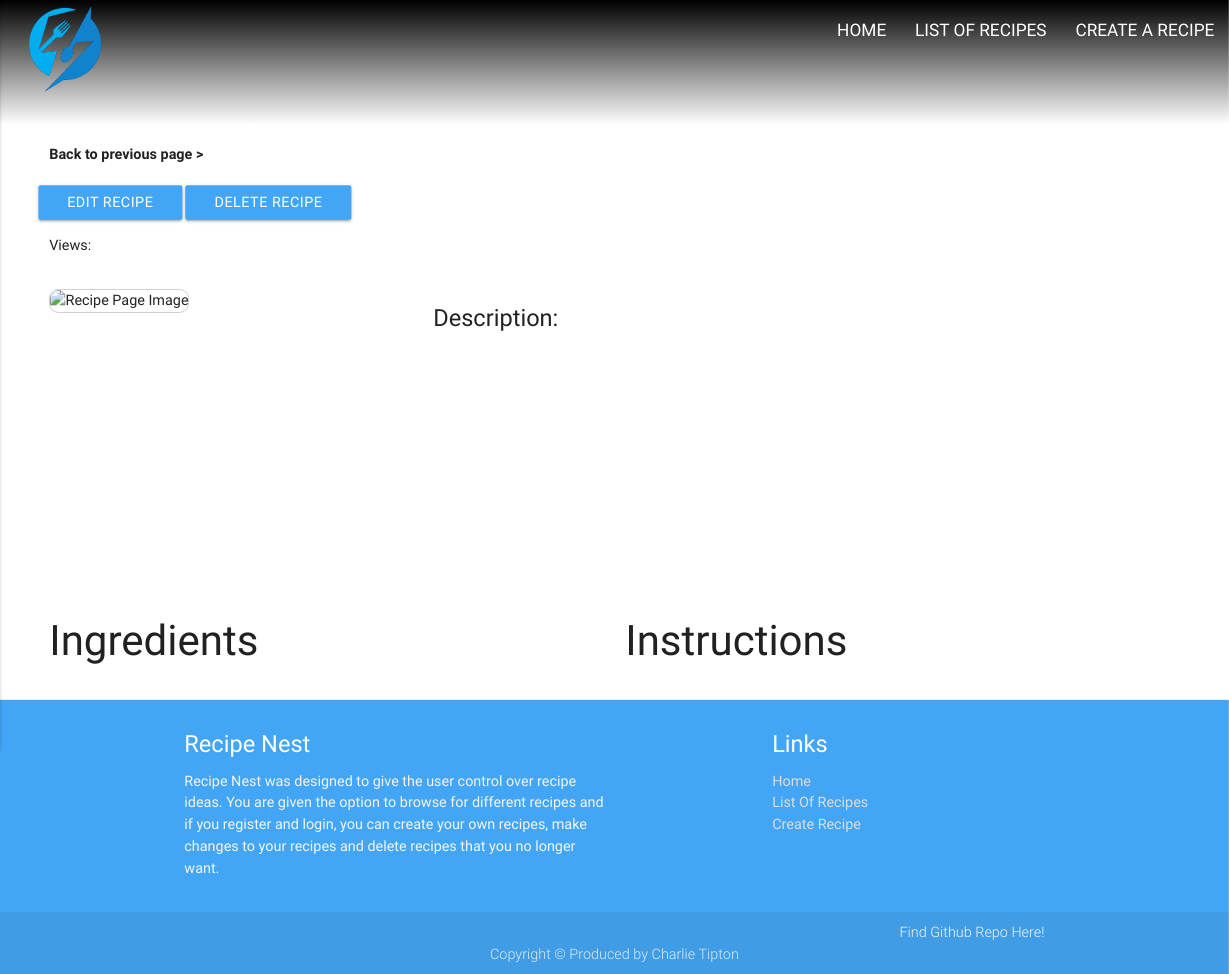
Repository: CharlieJT/Recipes
Page: templates/recipe.html
The author's editor kept a record of every edit. The page is drawn from the files as they stood at one moment, then again after the next edit.
The browser window is 1280 px wide. The pictures show the whole page, at 96% of full size.
Some web libraries are served in a nearby version. The page is served by the project's application, run on Flask 3 (app.py). The template is opened directly, without the code that normally fills it, so the values that code supplies are empty.

Above is the page before.

### templates/recipe.html
{% extends 'base.html' %} {% block content %}

<div class="container-fluid recipe-container-heading">
    <div class="row">
        <div class="col recipe-container-column">
            <div class="main-recipe-section" />
        </div>
    </div>
</div>

<!-- Recipes Section -->

<section>
    <div class="container-fluid recipe-page-container">
        <!-- Breadcrumb -->
        <div class="row bread-crumb">
            <div class="col back-button">
                <span class="go-back-one-page">
                    Back to previous page >
                </span>
                <span>
                    {{ recipe.recipe_name }}
                </span>
            </div>
        </div>
        <!-- Edit and Delete buttons -->
        <div class="col">
            <button class="btn waves-effect waves-light blue lighten-1 create-recipe-submit-button" type="submit" name="action">Edit Recipe</button>
            <button class="btn waves-effect waves-light blue lighten-1 create-recipe-submit-button" type="submit" name="action">Delete Recipe</button>
        </div>
        <!-- Views of Recipe -->
        <div class="row">
            <div class="col">
                <p>Views: {{ recipe.views }}</p>
            </div>
        </div>
        <!-- Recipe Description -->
        <div class="row recipe-description-row">
            <div class="col s12 l4">
                <img class="recipe-page-image" src="{{recipe.recipe_image_url}}" alt="Recipe Page Image" />
            </div>
            <div class="col s12 l8 recipe-description-column">
                <h4>{{ recipe.recipe_name.upper() }}</h4>
                <div class="recipe-description">
                    <h5>Description:</h5>
                    <p>{{ recipe.recipe_description }}</p>
                </div>
            </div>
        </div>
        <!-- Recipe Ingredients -->
        <div class="row">
            <div class="col s12 l6">
                <h3>Ingredients</h3>
                <ul class="recipe-ingredients">
                    {% for recipe_ingredient in recipe.recipe_ingredients.split('.') %}
                        {% if recipe_ingredient != "" %}
                            <li>{{ recipe_ingredient }}.</li>
                        {% endif %}
                    {% endfor %}
                </ul>
            </div>
            <div class="col s12 l6">
                <h3>Instructions</h3>
                <ul class="recipe-insturctions">
                    {% for recipe_instruction in recipe.recipe_instructions.split('.') %}
                        {% if recipe_instruction != "" %}
                            <li>{{ recipe_instruction }}.</li>
                        {% endif %}
                    {% endfor %}
                </ul>
            </div>
        </div>
    </div>
</section>

{% endblock %}

### templates/base.html
<!DOCTYPE html>
<html>

<head>
    <!--Import Google Icon Font-->
    <link href="https://fonts.googleapis.com/icon?family=Material+Icons" rel="stylesheet">

    <!--Import materialize.css-->
    <link rel="stylesheet" href="https://cdnjs.cloudflare.com/ajax/libs/materialize/0.100.2/css/materialize.min.css">

    <!-- Exteral styles -->
    <link rel="stylesheet" href="{{url_for('static', filename='css/base.css')}}" type="text/css" />
    <link rel="stylesheet" href="{{url_for('static', filename='css/index.css')}}" type="text/css" />
    <link rel="stylesheet" href="{{url_for('static', filename='css/recipe-listing.css')}}" type="text/css" />
    <link rel="stylesheet" href="{{url_for('static', filename='css/recipe.css')}}" type="text/css" />
    <link href="https://fonts.googleapis.com/icon?family=Material+Icons" rel="stylesheet">

    <!-- Favicon -->
    <link rel="icon" href="{{ url_for('static', filename='/images/favicon.ico') }}" type="image/x-icon" />

    <!--Let browser know website is optimized for mobile-->
    <meta name="viewport" content="width=device-width, initial-scale=1.0" />

    <title>Recipe Nest - {{ title }}</title>
</head>

<body>
    <!-- Main Navbar -->
    <nav class="navbar-container N/A transparent">
        <div class="nav-wrapper">
            <a href="{{ url_for('index') }}" id="recipes-logo">
                <img class="recipe-logo-image" src="static/images/recipe-nest.png" alt="Recipes Logo"/>
            </a>
            <a href="#" data-activates="mobile-demo" class="button-collapse"><i class="material-icons">menu</i></a>
            <ul id="nav-mobile" class="right hide-on-med-and-down navbar-listing">
                <li class="tab"><a class="nav-link" href="{{ url_for('index') }}">Home</a></li>
                <li class="tab"><a class="nav-link" href="{{ url_for('recipe_listing') }}">List of Recipes</a></li>
                <li class="tab"><a class="nav-link" href="{{ url_for('create_recipe') }}">Create a Recipe</a></li>
            </ul>
        </div>
    </nav>
    <ul class="side-nav" id="mobile-demo">
        <li class="tab"><a class="active" href="{{ url_for('index') }}">Home</a></li>
        <li class="tab"><a href="{{ url_for('recipe_listing') }}">List of Recipes</a></li>
        <li class="tab"><a href="{{ url_for('create_recipe') }}">Create a Recipe</a></li>
    </ul>

    {% block content %} {% endblock %}

    <!-- Footer -->
    <footer class="page-footer blue lighten-1">
        <div class="container">
            <div class="row">
                <div class="col l6 s12">
                    <h5 class="white-text">Recipe Nest</h5>
                    <p class="grey-text text-lighten-4"></p>
                    <p class="grey-text text-lighten-4">Recipe Nest was designed to give the user control over recipe ideas. You are given the option to browse for different recipes and if you register and login, you can create your own recipes, make changes to your recipes and delete recipes
                        that you no longer want.</p>
                </div>
                <div class="col l4 offset-l2 s12">
                    <h5 class="white-text">Links</h5>
                    <ul class="footer-links">
                        <li><a class="pages-footer-link" href="{{ url_for('index') }}">Home</a></li>
                        <li><a class="pages-footer-link" href="{{ url_for('recipe_listing') }}">List Of Recipes</a></li>
                        <li><a class="pages-footer-link" href="{{ url_for('create_recipe') }}">Create Recipe</a></li>
                    </ul>
                </div>
            </div>
        </div>
        <div class="footer-copyright">
            <div class="container">
                <a class="grey-text text-lighten-4 right" href="https://github.com/CharlieJT/Repices" target="_blank">Find Github Repo Here!</a>
                <div class="footer-bottom">Copyright © Produced by Charlie Tipton</div>
            </div>
        </div>
    </footer>

    <!-- Back to top icon -->
    <a href="#" class="to-top"></a>

    <script src="https://cdnjs.cloudflare.com/ajax/libs/jquery/3.2.1/jquery.min.js"></script>
    <script src="https://cdnjs.cloudflare.com/ajax/libs/materialize/0.100.2/js/materialize.min.js"></script>
    <script src="{{url_for('static', filename='js/script.js')}}"></script>
</body>

</html>

### app.py
import os
from flask import Flask, render_template, redirect, url_for, request, flash
from flask_pymongo import PyMongo, DESCENDING
from bson.objectid import ObjectId


app = Flask(__name__)

app.config["MONGO_DBNAME"] = 'myRecipes'
app.config['MONGO_URI'] = os.environ.get("MONGO_URI")

mongo = PyMongo(app)

@app.route('/')
@app.route('/index')
def index():
    """This shows a list of 3 recipes which have the highest views"""
    recipes=mongo.db.recipes.find().sort([('views-per-page', DESCENDING)]).limit(3)
    return render_template('index.html', title="Home", recipes=recipes)


@app.route('/recipe_listing')
def recipe_listing():
    """This shows a list of all of the recipes"""
    recipes=mongo.db.recipes.find()
    return render_template('recipe-listing.html', title="Recipes", recipes=recipes)


@app.route('/recipe/<recipe_id>')
def recipe(recipe_id):
    """This shows all fields in recipes & increments the views by 1"""
    mongo.db.recipes.find_one_and_update(
        {'_id': ObjectId(recipe_id)},
        {'$inc': {'views': 1}}
    )
    recipe_ingredients = mongo.db.recipes.recipe_ingredients.find_one()
    recipe = mongo.db.recipes.find_one_or_404({'_id': ObjectId(recipe_id)})
    return render_template('recipe.html', recipe=recipe)


@app.route('/create_recipe')
def create_recipe():
    """This shows a list of all of the recipes"""
    recipes_db = mongo.db.recipes
    return render_template('create-recipe.html')


@app.route('/insert_recipe', methods=['POST'])
def insert_recipe():
    """This will add each field to the database"""
    recipe_db = mongo.db.recipes
    # This is insert a new value for each field
    recipe_db.insert_one(request.form.to_dict())
    return redirect(url_for('recipe_listing'))

@app.route('/update_recipe/<recipe_id>')
def update_recipe(recipe_id):
    recipes_db = mongo.db.recipes.find_one({ '_id': ObjectId(recipe_id) })
    return render_template('edit-recipe.html')


if __name__ == '__main__':
    app.run(host=os.environ.get('IP'),
    port=int(os.environ.get('PORT')),
    debug=True)

### static/css/base.css
/* ---------- Home Page Cards ----------*/

html {
    scroll-behavior: smooth;
}

.recipe-card {
    background-color: #fff;
    padding: 20px;
    margin: 6em 2em;
    border-radius: 10px;
    text-align: center;
}

.recipe-image {
    display: flex;
    justify-content: center;
    width: 100%;
    border-radius: 10px;
    margin: auto;
}

.recipe-view-more-button {
    display: flex;
    justify-content: center;
    width: 100%;
}

/* ---------- Main Nav Bar ----------*/

.navbar-container {
    position: fixed;
    box-shadow: none;
    height: 64px;
    line-height: 64px;
    transition: background-color 0.3s ease-in, box-shadow 0.3s ease-in;
    z-index: 1000;
}

.logo-image {
    background: url(../images/main-logo-image.png);
}

#recipes-logo {
    float: right;
}

.recipe-logo-image {
    width: 95px;
    transition: width 0.15s ease-in;
    margin: 10px 20px 0;
}

.brand-logo {
    right: 3 !important;
}

.tabs {
    height: 64px;
}

.tab a {
    font-size: 1.2em !important;
    text-transform: uppercase;
}

.tab {
    line-height: 61px !important;
}

.navbar-listing .active {
    background-color: transparent;
    border-bottom: 3px solid #fff;
}

.side-nav {
    padding: 64px 0 0 0;
    z-index: 10000;
}

/* ---------- Footer ----------*/

.footer-bottom {
    clear: both;
    text-align: center;
}

.footer-links a {
    color: #ddd;
}

.footer-links .active a {
    color: #fff;
}

/* ---------- Back to top icon ----------*/

.to-top {
	color :white;
	padding-top: 1.8em;
	display: inline-block;/* or block */
	position: fixed;
	bottom: 30px;
    right: 45px;
	text-decoration:none;
	transition:all .3s ease-out;
	opacity: 0;
	z-index: 1000;
}

.to-top:before {
	content: url(../images/chevron-up.png);
    font-size: 1.9em;
	position: absolute;
	text-align: center;
	background-color: #00000050;
	top: 0;
	left: 50%;
	margin-left:-.7em;
	border:solid .13em white;
	border-radius: 10em;
	width: 1.6em;
	height: 1.6em;
	line-height: 1.3em;
	border-color: inherit;
	transition: transform .5s ease-in;
}
.to-top:hover {
	border-color: #42a5f5;
}
.to-top:hover:before {
    content: url(../images/chevron-up-blue.png);
	transform: rotate(360deg);
}

/* ---------- Media Queries ----------*/

@media only screen and (min-width: 480px) {
    section {
        width: 480px;
        margin: auto;
    }
}

@media only screen and (min-width: 768px) {
    section {
        width: 768px;
        margin: auto;
    }
}

@media only screen and (min-width: 992px) {
    section {
        width: 992px;
        margin: auto;
    }
    #recipes-logo {
        float: left;
    }
}



@media only screen and (min-width: 1200px) {
    section {
        width: 1200px;
        margin: auto;
    }
}

### static/css/index.css
/* ---------- Main Image ----------*/

.title-container {
    display: flex;
    align-items: center;
    height: 100vh;
    color: #fff;
}

.main-heading-column {
    background-color: #000000a6;
    border-radius: 10px;
}

.title-container .row {
    opacity: 0;
    filter: blur(100px);
    animation: FadeInGreeting 1.5s 1s forwards ease-in-out;
}

.title-container h1 {
    text-align: center;
    font-size: 2.4rem;
}

.search-button {
    display: flex;
    justify-content: center;
}

.down-arrow-link {
    color: white;
}

.down-arrow {
    display: flex !important;
    position: absolute;
    left: 49vw;
    right: 50vw;
    font-size: 3.7rem !important;
    justify-content: center;
    animation: scrollDown 0.4s alternate-reverse infinite cubic-bezier(1,-0.01, 0.79, 0.54);
}

.main-image-container {
    background: url(../images/recipe-nest-main-image.png) fixed center center no-repeat;
    height: 100%;
}

.main-recipe-images-column {
    padding: 0 !important;
}

main-recipe-images-column {
    height: 80vh;
}

.opaque-background {
    background-color: #00000061;
}

/* label color */

.recipe-label {
    color: #fff;
}

/* label focus color */

.input-field input[type=text]:focus+label {
    color: #fff;
}

/* label underline focus color */

.input-field input[type=text]:focus {
    border-bottom: 1px solid #fff;
    box-shadow: 0 1px 0 0 #000;
}

/* valid color */

.input-field input[type=text].valid {
    border-bottom: 1px solid #fff;
    box-shadow: 0 1px 0 0 #fff;
}

/* invalid color */

.input-field input[type=text].invalid {
    border-bottom: 1px solid #fff;
    box-shadow: 0 1px 0 0 #fff;
}

/* label focus color */

.input-field input:focus+label {
    color: #42a5f5 !important;
}

/* label underline focus color */

.row .input-field input:focus {
    border-bottom: 1px solid #42a5f5 !important;
    box-shadow: 0 1px 0 0 #42a5f5 !important;
}

.recipe-search-bar:focus {
    border-bottom: 1px solid #42a5f5 !important;
    -webkit-box-shadow: 0 1px 0 0 #26a69a !important;
    box-shadow: 0 1px 0 0 #42a5f5 !important;
}

/* ---------- Recipe Cards ----------*/

#recipe-container-main {
    background-color: #fff;
}

.down-arrow {
    position: absolute;
    left: 50%;
}

.card-surrounding {
    max-width: 265px;
    margin: auto;
}

.card {
    margin: 2.5rem 0 2.5rem 0;
}

.recipe-image {
    padding: 10px;
    border-radius: 15px !important;
}

.most-viewed-divider {
    width: 150px;
}

.mostly-viewed-heading-column {
    margin: 60px;
    margin: 5.5rem auto 1.5rem;
}

.mostly-viewed-heading-column h5 {
    text-align: center;
    margin: auto;
}

#recipe-container-main .row {
    margin: 0;
}

#recipe-container-main .col {
    padding: 0 2.75rem;
}

.recipe-name,
.recipe-close {
    position: relative;
    width: 100%;
    font-size: 1.1rem !important;
    font-weight: 400 !important;
}

.recipe-name i {
    top: 0;
    right: -15px;
}

.recipe-close i {
    position: absolute;
    right: 0;
    top: 0;
    margin-top: 30px;
    margin-right: 12px;
}

.card-title-spacer {
    display: flex;
    height: 120px;
}

.more-info {
    position: absolute;
}

.button-container {
    display: flex;
    justify-content: center;
    width: 100%;
}

/* ---------- Media Queries ----------*/

@media only screen and (min-width: 992px) {
    .recipe-row {
        width: 992px;
        margin: auto !important;
    }
    .title-container h1 {
        font-size: 3rem;
    }
}

@media only screen and (min-width: 1050px) {
    .main-image-container {
        background-size: 100%;
    }
}

@media only screen and (min-width: 1200px) {
    .recipe-row {
        width: 1200px;
        margin: auto !important;
    }
}



/* ---------- Keyframes (Animations) ----------*/

@-webkit-keyframes scrollDown {
    from {
        margin-top: 0;
    }
    to {
        margin-top: 8px;
    }
}

@keyframes scrollDown {
    from {
        margin-top: 0;
    }
    to {
        margin-top: 8px;
    }
}

@-webkit-keyframes FadeInGreeting {
    from {
        opacity: 0;
    }
    to {
        opacity: 1;
    }
}

@keyframes FadeInGreeting {
    from {
        opacity: 0;
        filter: blur(100px);
    }
    to {

        opacity: 1;
        filter: blur(0px);
    }
}

### static/css/recipe-listing.css
.recipe-container-heading .recipe-container-column {
    background: linear-gradient(#000, #fff);
    height: 130px;
    width: 100%;
}

.recipe-listing-column {
    margin: 60px;
    margin: 1.5rem auto 1.5rem;
    text-align: center;
}

.search-recipe-listing-label {
    color: #000;
}

### static/css/recipe.css
.recipe-page-image {
    width: 100%;
    max-width: 300px;
    max-height: 300px;
    border-radius: 10px;
    border: 1px solid #ccc;
}

.recipe-description-row {
    height: 300px;
}

.edit-and-delete-buttons {
    float: right;
}

.back-button span:nth-child(1) {
    display: inline;
    cursor: pointer;
    font-weight: bold;
}

### static/js/script.js
// Constants used to target specific class names needed for jQuery

const goBackOnePage = document.getElementsByClassName("go-back-one-page");
const buttonCollapse = document.getElementsByClassName("button-collapse");
const navbarContainer = document.getElementsByClassName("navbar-container");
const recipeLogoImage = document.getElementsByClassName("recipe-logo-image");
const toTop = document.getElementsByClassName("to-top");
const createRecipeSubmitButton = document.getElementsByClassName("create-recipe-submit-button");


/*
Whatever code is written inside the JQuery ready method will run once the page Document Object Modal (DOM)
is ready to execute JavaScript code.
*/

$(document).ready(() => {
    // Will check to see if the window has been scrolled 50px from the top.
    $(window).scroll(() => {
        const joinedNATransparent = ['N/A', 'transparent'].join(' ');
        if ($(document).scrollTop() > 50) {
            $(navbarContainer).removeClass(joinedNATransparent).css('background-color', '#000000a3');
            $(recipeLogoImage).css({ 'width': '66px', 'margin-top': '0px' });
            $(toTop).css('opacity', '1');
        }
        else {
            $(navbarContainer).addClass(joinedNATransparent);
            $(recipeLogoImage).css({ 'width': '95px', 'margin-top': '5px' });
            $(toTop).css('opacity', '0');
        }
    });
    // Will remove active class and add new active class depending on which is matched with the pathname.
    $('li.active').removeClass('active');
    $('a[href="' + location.pathname + '"]').closest('li').addClass('active');

    // Will take the user back to the previous page on click.
    $(goBackOnePage).on('click', () => {
        window.history.back();
    });

    $('.button-collapse').sideNav();

    /*
    Will be resonsible for form validation, depending on which field is empty, it will throw a message at the bottom
    of the field.
    */

    $('.insert-recipe-name').on('click', () => {
        $('.insert-recipe-name-validation').removeClass('insert-recipe-name-validation-flag');
    }).on('keypress', () => {
        $('.insert-recipe-name-validation').removeClass('insert-recipe-name-validation-flag');
    });
    $('.insert-recipe-description').on('click', () => {
        $('.insert-recipe-description-validation').removeClass('insert-recipe-description-validation-flag');
    }).on('keypress', () => {
        $('.insert-recipe-description-validation').removeClass('insert-recipe-description-validation-flag');
    });
    $('.insert-recipe-ingredients').on('click', () => {
        $('.insert-recipe-ingredients-validation').removeClass('insert-recipe-ingredients-validation-flag');
    }).on('keypress', () => {
        $('.insert-recipe-ingredients-validation').removeClass('insert-recipe-ingredients-validation-flag');
    });
    $('.insert-recipe-instructions').on('click', () => {
        $('.insert-recipe-instructions-validation').removeClass('insert-recipe-instructions-validation-flag');
    }).on('keypress', () => {
        $('.insert-recipe-instructions-validation').removeClass('insert-recipe-instructions-validation-flag');
    });
    $('.insert-recipe-image-url').on('click', () => {
        $('.insert-recipe-image-url-validation').removeClass('insert-recipe-image-url-validation-flag');
    }).on('keypress', () => {
        $('.insert-recipe-image-url-validation').removeClass('insert-recipe-image-url-validation-flag');
    });

    $(createRecipeSubmitButton).on('click', () => {
        // Constants used to target each form field's value on create recipe page
        const inputRecipeName = $("input[type=text][name=recipe_name]").val();
        const inputRecipeDescription = $("input[type=text][name=recipe_description]").val();
        const inputRecipeIngredients = $("textarea[type=text][name=recipe_ingredients]").val();
        const inputRecipeInstructions = $("textarea[type=text][name=recipe_instructions]").val();
        const inputRecipeImageUrl = $("input[type=text][name=recipe_image_url]").val();


        if (inputRecipeName.length === 0) {
            $('.insert-recipe-name-validation').addClass('insert-recipe-name-validation-flag');
        }
        else {
            $('.insert-recipe-name-validation').removeClass('insert-recipe-name-validation-flag');
        }

        if (inputRecipeDescription.length === 0) {
            $('.insert-recipe-description-validation').addClass('insert-recipe-description-validation-flag');
        }
        else {
            $('.insert-recipe-description-validation').removeClass('insert-recipe-description-validation-flag');
        }

        if (inputRecipeIngredients.length === 0) {
            $('.insert-recipe-ingredients-validation').addClass('insert-recipe-ingredients-validation-flag');
        }
        else {
            $('.insert-recipe-ingredients-validation').removeClass('insert-recipe-ingredients-validation-flag');
        }

        if (inputRecipeInstructions.length === 0) {
            $('.insert-recipe-instructions-validation').addClass('insert-recipe-instructions-validation-flag');
        }
        else {
            $('.insert-recipe-instructions-validation').removeClass('insert-recipe-instructions-validation-flag');
        }

        if (inputRecipeImageUrl.length === 0) {
            $('.insert-recipe-image-url-validation').addClass('insert-recipe-image-url-validation-flag');
        }
        else {
            $('.insert-recipe-image-url-validation').removeClass('insert-recipe-image-url-validation-flag');
        }
    });
});

After the next edit:
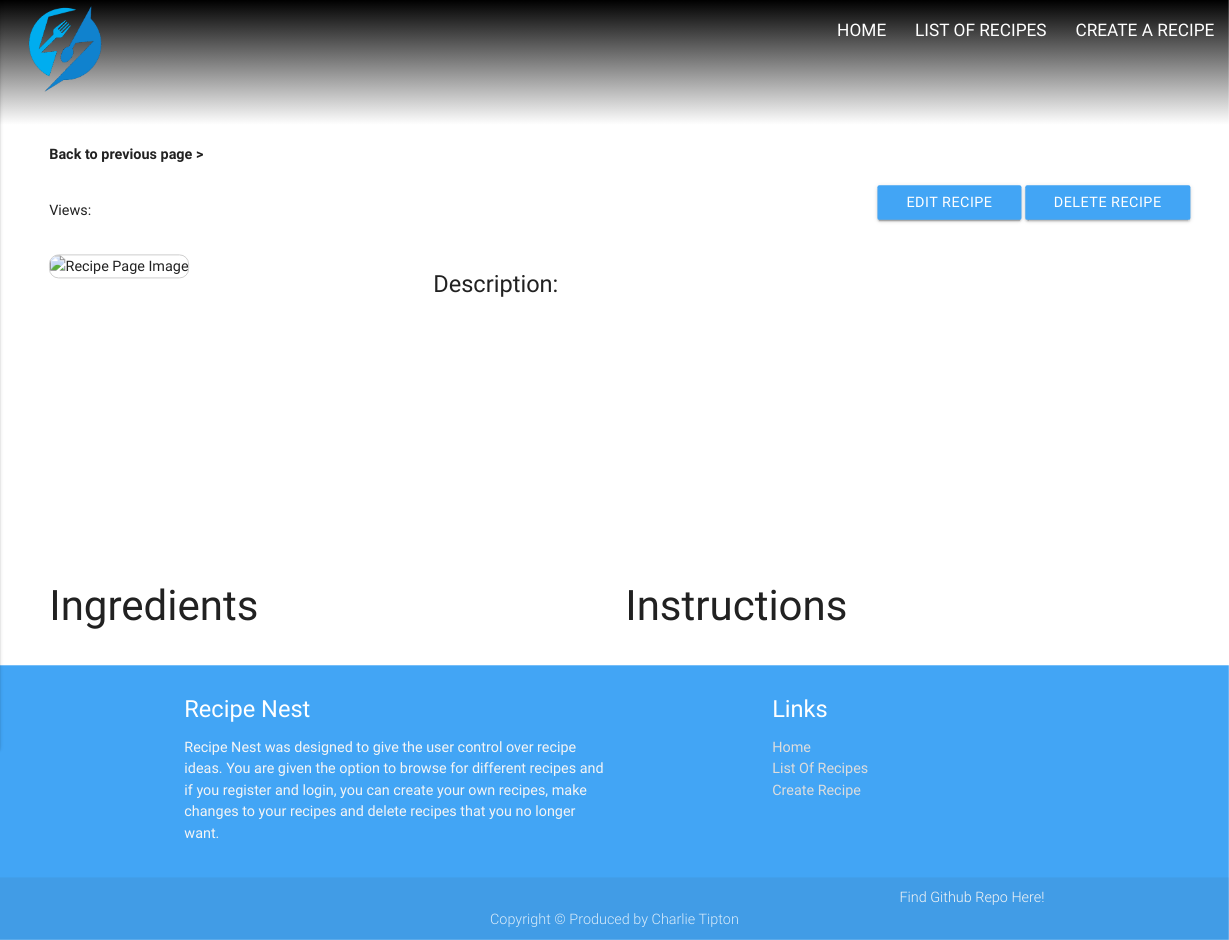
The edit:
--- a/templates/recipe.html
+++ b/templates/recipe.html
@@ -24,7 +24,7 @@
             </div>
         </div>
         <!-- Edit and Delete buttons -->
-        <div class="col">
+        <div class="col edit-and-delete-buttons">
             <button class="btn waves-effect waves-light blue lighten-1 create-recipe-submit-button" type="submit" name="action">Edit Recipe</button>
             <button class="btn waves-effect waves-light blue lighten-1 create-recipe-submit-button" type="submit" name="action">Delete Recipe</button>
         </div>
